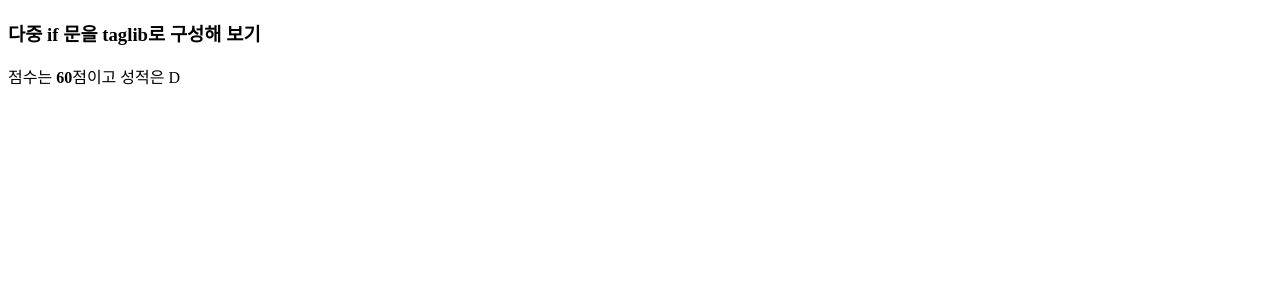
Repository: hyunhee7/web_work
Page: http://localhost/Step17_JSTL/jstl/test03.jsp
An editor plug-in stored every save of this project. The page is shown before and after the next save, followed by the edit.
The browser window is 1280 px wide. The pictures show the whole page.
The page is served by Tomcat 9.

Above is the page before, as saved 2017-07-12 06:59:59.

After the next save:
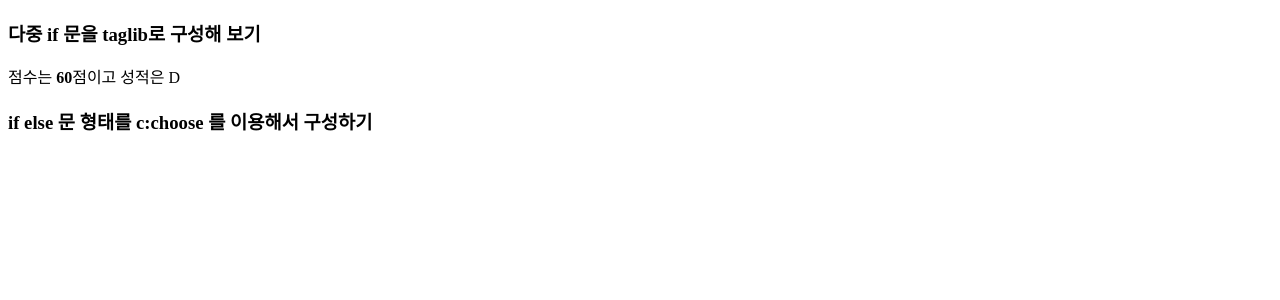
Saved 5 min 18 s later.
--- a/Step17_JSTL/WebContent/jstl/test03.jsp
+++ b/Step17_JSTL/WebContent/jstl/test03.jsp
@@ -27,5 +27,6 @@
 			<p>점수는 <strong>${jumsu }</strong>점이고 성적은 F</p>
 		</c:otherwise>
 	</c:choose>
+	<h3>if else 문 형태를 c:choose 를 이용해서 구성하기</h3>
 </body>
 </html>
